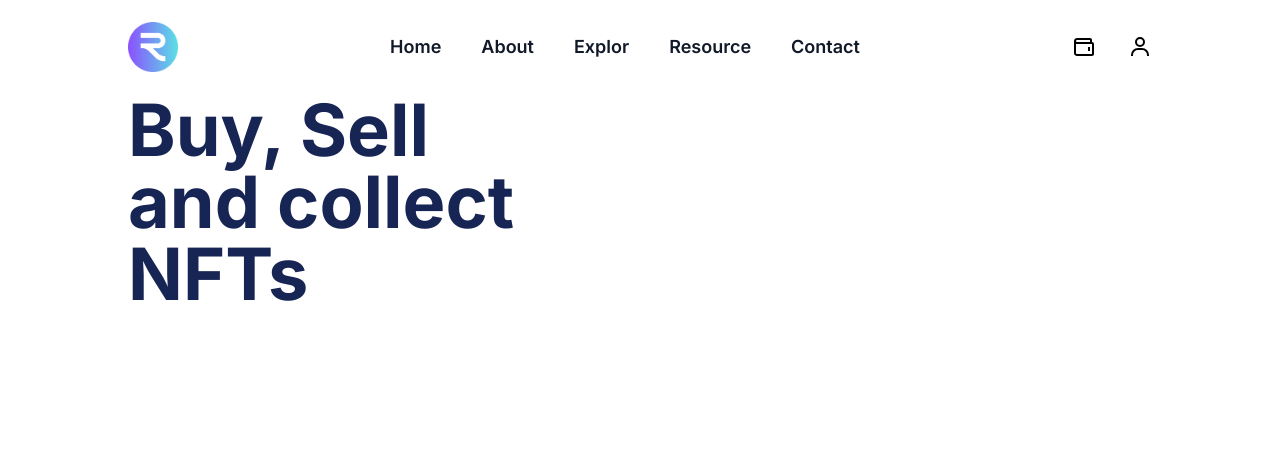
Repository: longblue2910/rimdasilva-ui
Page: /
The author's editor kept a copy of each file at every save. The page is drawn from the files as they stood at one save, then again after the next save.
The browser window is 1280 px wide. The pictures show the whole page.
The project was rebuilt for these pictures with package versions that can differ from the ones it lists, and the page was loaded fresh each time. The framework's server and built-in components were replaced by stand-ins that run in the browser. Also part of the build but not shown: next.config.mjs.

Above is the page before, as saved 2024-08-09 16:22:22.

After the next save:
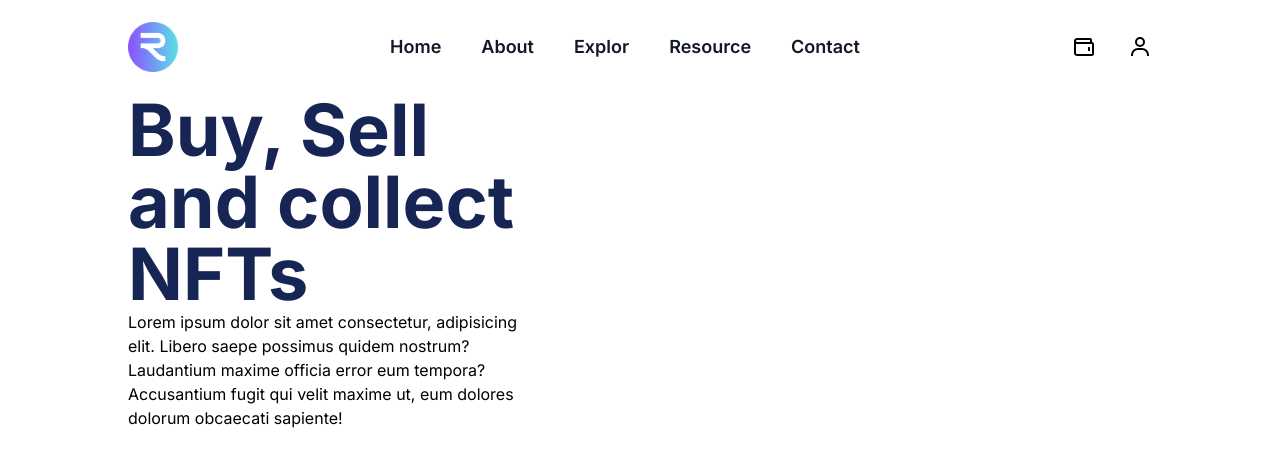
Saved 37 s later.
--- a/components/Home/Hero/Hero.tsx
+++ b/components/Home/Hero/Hero.tsx
@@ -9,6 +9,12 @@ const Hero = () => {
           <h1 className="text-2xl sm:text-4xl lg:text-5xl xl:text-7xl text-blue-950 font-bold">
             Buy, Sell and collect NFTs
           </h1>
+          <p>
+            Lorem ipsum dolor sit amet consectetur, adipisicing elit. Libero
+            saepe possimus quidem nostrum? Laudantium maxime officia error eum
+            tempora? Accusantium fugit qui velit maxime ut, eum dolores dolorum
+            obcaecati sapiente!
+          </p>
         </div>
         {/* Image */}
       </div>
